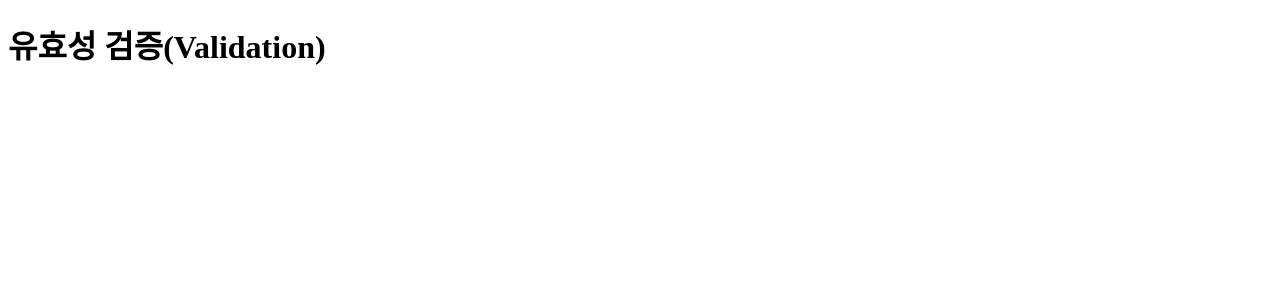
Repository: brotherdoor/myworkplace
Page: http://localhost/AjaxWithXML/validation.jsp
The author's editor kept a copy of each file at every save. The page is drawn from the files as they stood at one save, then again after the next save.
The browser window is 1280 px wide. The pictures show the whole page.
Some web libraries are served in a nearby version. The page is served by Tomcat 9.

Above is the page before, as saved 2017-03-10 02:31:08.

After the next save:
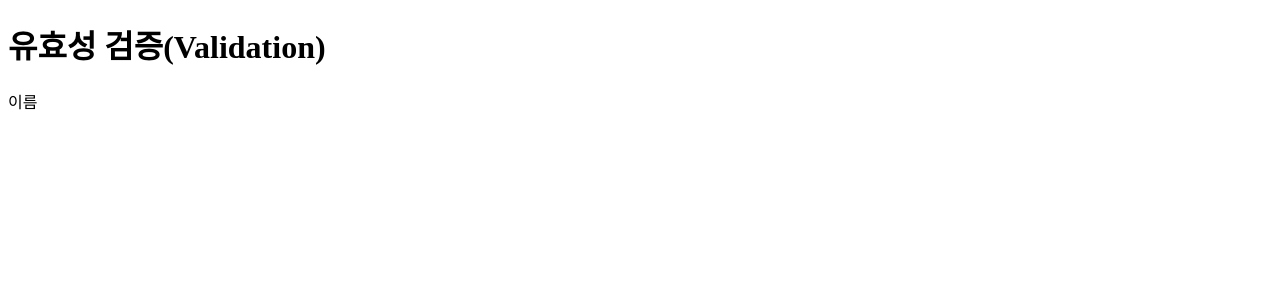
Saved 70 s later.
--- a/mybatis/AjaxWithXML/WebContent/validation.jsp
+++ b/mybatis/AjaxWithXML/WebContent/validation.jsp
@@ -10,6 +10,9 @@
 </head>
 <body>
 	<h1>유효성 검증(Validation)</h1>
+	<table>
+	<tr>이름<tr>
+	</table>
 
 </body>
 </html>
